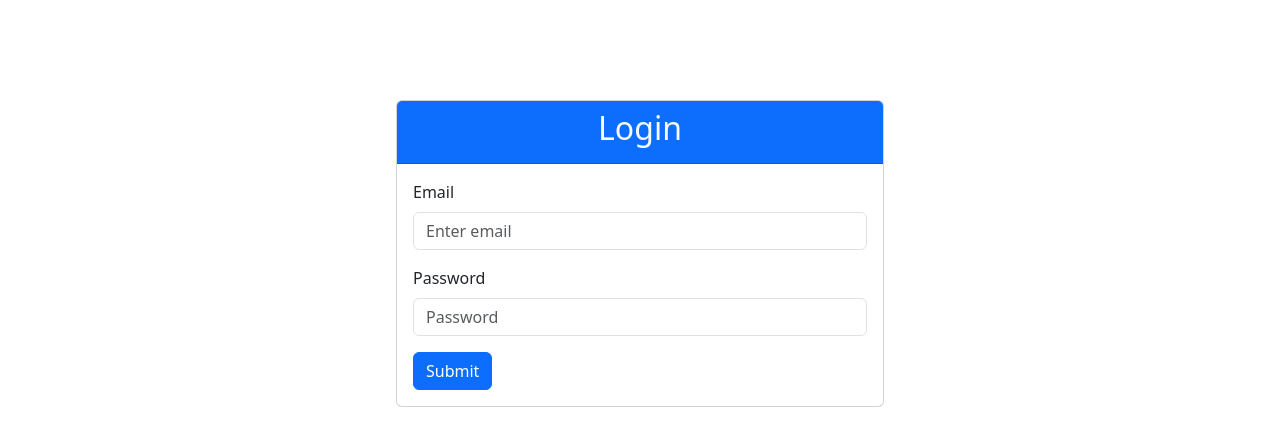
Repository: trider/react-task-app
Page: /
The author's editor kept a copy of each file at every save. The page is drawn from the files as they stood at one save, then again after the next save.
The browser window is 1280 px wide. The pictures show the whole page.
The project was rebuilt for these pictures with package versions that can differ from the ones it lists, and the page was loaded fresh each time.

Above is the page before, as saved 2024-05-02 16:24:15.

After the next save:
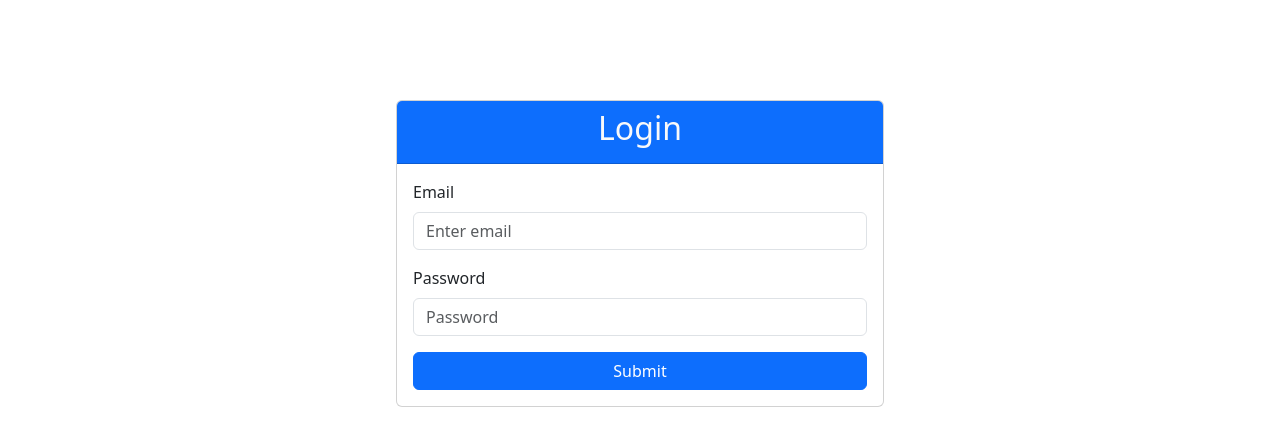
Saved 29 s later.
--- a/src/pages/Login.js
+++ b/src/pages/Login.js
@@ -17,10 +17,10 @@ const FormBody = () => {
           <Form.Label>Password</Form.Label>
           <Form.Control type="password" placeholder="Password" />
         </Form.Group>
+        <div className="d-grid gap-2">
 
-        <Button variant="primary" type="submit" c>
-          Submit
-        </Button>
+        <Button variant="primary" type="submit" >Submit</Button>
+        </div>
       </Form>
     </div>
   );
